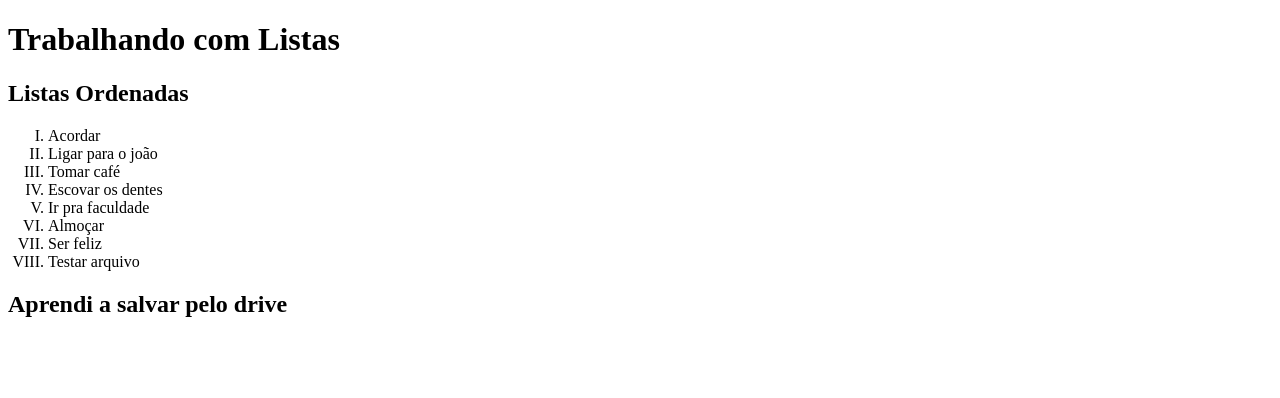
Repository: AlexandreHSSantos/Estudos
Page: Estudos HTML/Exercícios/Exercício 9/index.html
An editor plug-in stored every save of this project. The page is shown before and after the next save, followed by the edit.
The browser window is 1280 px wide. The pictures show the whole page.

Above is the page before, as saved 2026-08-07 10:42:52.

### Estudos HTML/Exercícios/Exercício 9/index.html
 <!DOCTYPE html>
 <html lang="pt-br">
 <head>
    <meta charset="UTF-8">
    <meta name="viewport" content="width=device-width, initial-scale=1.0">
    <link rel="shortcut icon" href="../Bokehlicia-Captiva-Edit-gnote.ico" type="image/x-icon">
    <title>Listas</title>
 </head>
 <body>
    <h1>Trabalhando com Listas</h1>
    <h2>Listas Ordenadas</h2>
    <ol type="I">
        <li>Acordar
        <li>Ligar para o joão
        <li>Tomar café
        <li>Escovar os dentes
        <li>Ir pra faculdade</li>
        <li>Almoçar</li>
        <li>Ser feliz</li>
        <li>Testar arquivo</li>
    </ol>

    <h2>Aprendi a salvar pelo drive</h2>
 </body>
 </html>

After the next save:
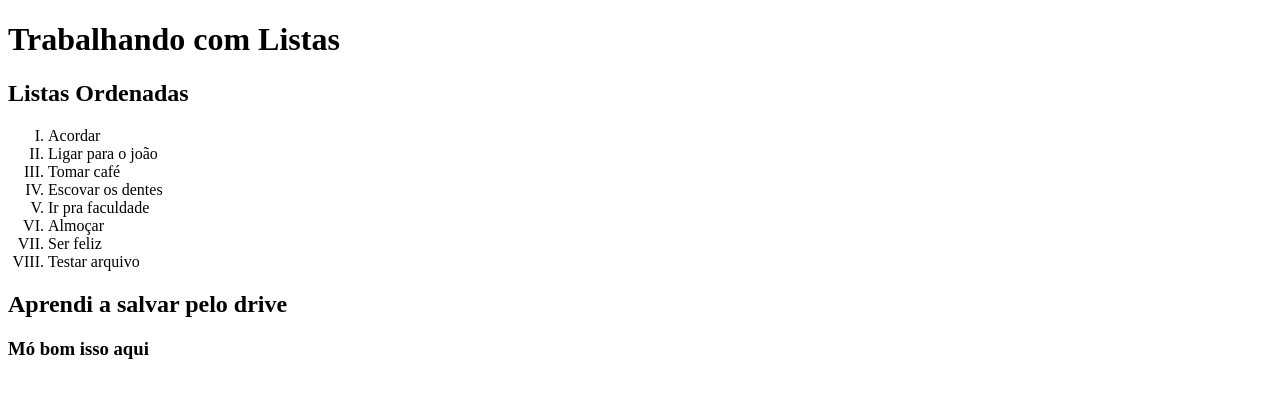
Saved 76 s later.
--- a/Estudos HTML/Exercícios/Exercício 9/index.html
+++ b/Estudos HTML/Exercícios/Exercício 9/index.html
@@ -21,5 +21,6 @@
     </ol>
 
     <h2>Aprendi a salvar pelo drive</h2>
+    <h3>Mó bom isso aqui</h3>
  </body>
  </html>
